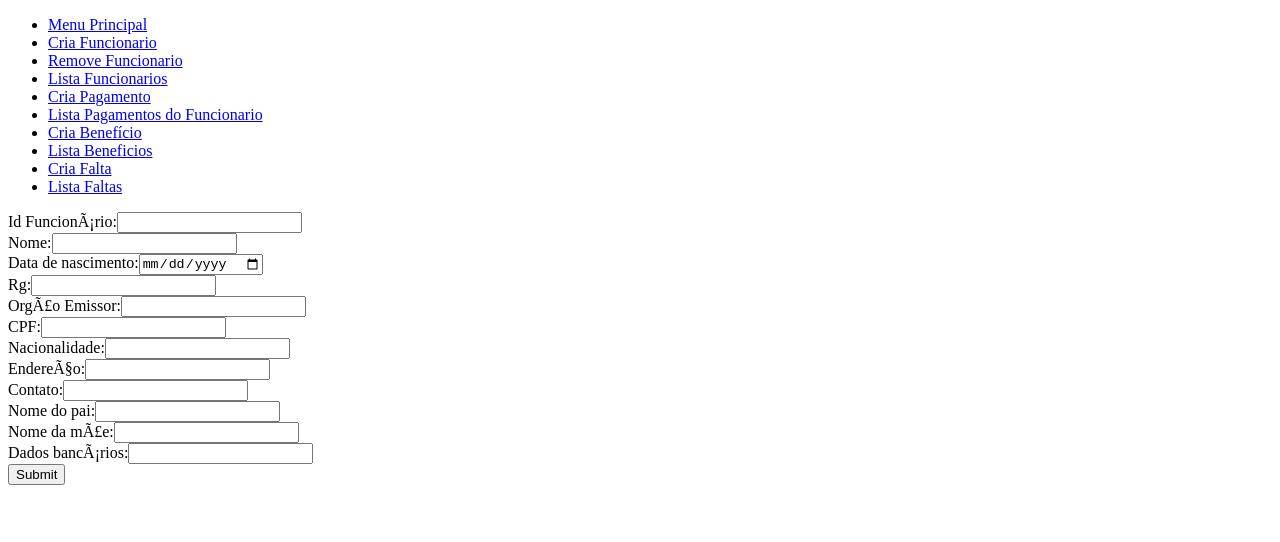
Repository: engcarlosrosa/big_data_proj
Page: rhcontroller/WebContent/update_dados_pessoais.html
These files come from the project's save history. The page is drawn as it stood at one moment and after the next save; the edit follows.
The browser window is 1280 px wide. The pictures show the whole page.

Above is the page before, as saved 2018-09-19 12:53:39.

### rhcontroller/WebContent/update_dados_pessoais.html
<!DOCTYPE html>
<html>
<head>
<meta charset="ISO-8859-1">
<title>Insert title here</title>
</head>
<body>
<ul>
  <li><a href="menu.html">Menu Principal</a></li>
  <li><a href="cria_dados_pessoais.html">Cria Funcionario</a></li>
  <li><a href="remove_funcionario.html">Remove Funcionario</a></li>
  <li><a href="lista_funcionarios.html">Lista Funcionarios</a></li>
  <li><a href="cria_pagamentos.html">Cria Pagamento</a></li>

  <li><a href="lista_funcionario_pagamentos.html">Lista Pagamentos do Funcionario</a></li>
  <li><a href="cria_beneficios.html">Cria Benefício</a></li>
  <li><a href="ServiceListaBeneficios">Lista Beneficios</a></li>
  <li><a href="cria_faltas.html">Cria Falta</a></li>
  <li><a href="ServiceListaFaltas">Lista Faltas</a></li>
</ul>

<form action="ServiceUpdateDadosPessoais" method="post">
  Id FuncionÃ¡rio:<input name="id" type="text" >
    <br>
    Nome:<input name="nome" type="text" >
    <br>
    Data de nascimento:<input name="nascimento" type="date" >
    <br>
    Rg:<input name="rg" type="text" >
    <br>
    OrgÃ£o Emissor:<input name="orgao" type="text" >
    <br>
    CPF:<input name="cpf" type="text"  >
    <br>
    Nacionalidade:<input name="nacionalidade" type="text"  >
    <br>
    EndereÃ§o:<input name="endereco" type="text"  >
    <br>
    Contato:<input name="contato" type="text"  >
    <br>
    Nome do pai:<input name="nome_pai" type="text"  >
    <br>
    Nome da mÃ£e:<input name="nome_mae" type="text"  >
    <br>
    Dados bancÃ¡rios:<input name="dados_bancarios" type="text"  >
    <br>
    <input type="submit" value="Submit">
</form>
</body>
</html>

After the next save:
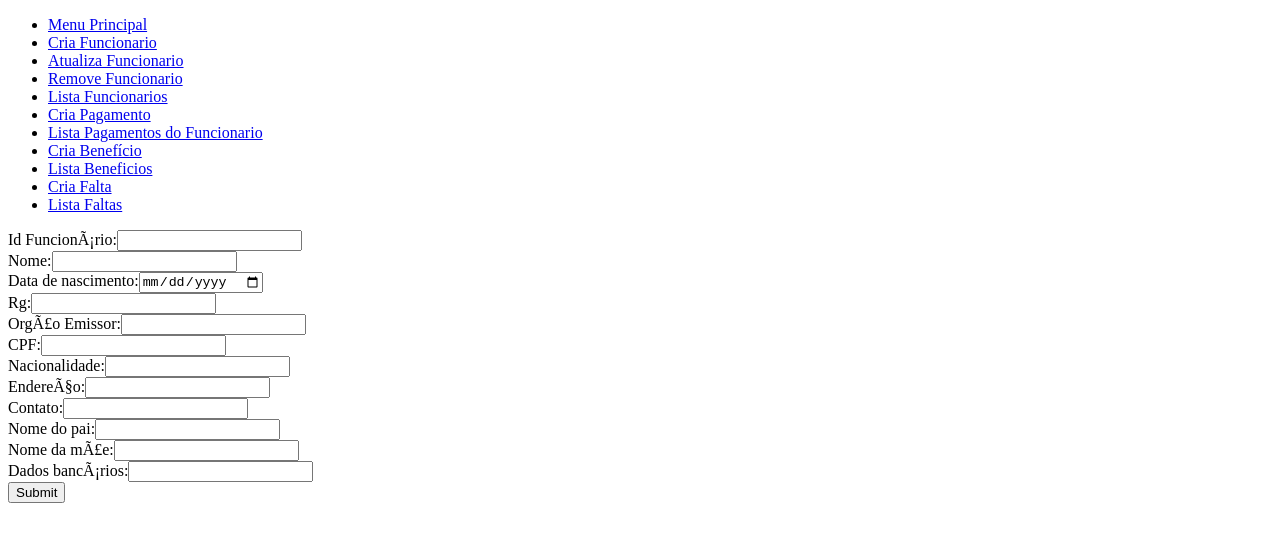
Saved 47 min 49 s later.
--- a/rhcontroller/WebContent/update_dados_pessoais.html
+++ b/rhcontroller/WebContent/update_dados_pessoais.html
@@ -8,6 +8,7 @@
 <ul>
   <li><a href="menu.html">Menu Principal</a></li>
   <li><a href="cria_dados_pessoais.html">Cria Funcionario</a></li>
+  <li><a href="update_dados_pessoais.html">Atualiza Funcionario</a></li>
   <li><a href="remove_funcionario.html">Remove Funcionario</a></li>
   <li><a href="lista_funcionarios.html">Lista Funcionarios</a></li>
   <li><a href="cria_pagamentos.html">Cria Pagamento</a></li>
